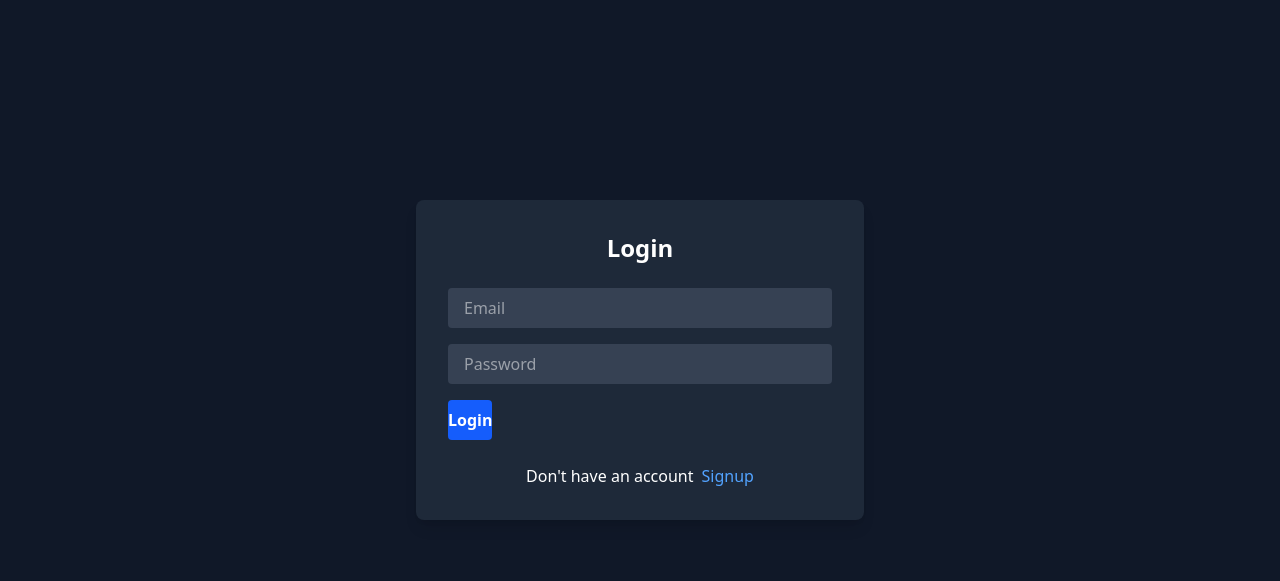
Repository: Reno-mathews/Study-Planner-MERN
Page: / (app in client/)
An editor plug-in stored every save of this project. The page is shown before and after the next save, followed by the edit.
The browser window is 1280 px wide. The pictures show the whole page.
The project was rebuilt for these pictures with package versions that can differ from the ones it lists, and the page was loaded fresh each time. Also part of the build but not shown: client/vite.config.js, client/src/components/TaskCard.jsx, client/src/components/TaskList.jsx, client/src/components/SearchBar.jsx, client/src/components/ProgressBar.jsx, client/src/components/AddTaskForm.jsx, client/src/components/SortDropdown.jsx.

Above is the page before, as saved 2026-01-18 15:56:46.

### client/src/App.jsx
import { useEffect, useState } from "react";
import TaskList from "./components/TaskList";
import SearchBar from "./components/SearchBar";
import ProgressBar from "./components/ProgressBar";
import AddTaskForm from "./components/AddTaskForm";
import SortDropdown from "./components/SortDropdown";
import AuthForm from "./components/AuthForm";

function App() {
  const [tasks, setTasks] = useState([]);
  const [newTask, setNewTask] = useState("");
  const [subject, setSubject] = useState("");
  const [filterSubject, setFilterSubject] = useState("All");

  const getToken = () => localStorage.getItem("token");
  const setToken = (token) => localStorage.setItem("token", token);
  const removeToken = () => localStorage.removeItem("token");

  const [email, setEmail] = useState("");
  const [password, setPassword] = useState("");
  const [isLoggedIn, setIsLoggedIn] = useState(!!localStorage.getItem("token"));

  const[isSignup, setIsSignup] = useState(false);

  const [searchQuery, setSearchQuery] = useState("");

  const [sortType, setSortType] = useState("az");

  const [loading, setLoading] = useState(false);

  useEffect(() => {
    if(isLoggedIn) {
    fetchTasks();
    }
  }, [isLoggedIn]);

  const fetchTasks = async () => {
    const token = localStorage.getItem("token");

    if (!token) return;

    try {
    setLoading(true);

    const res = await fetch("http://localhost:5000/api/tasks", {
      headers: {
        Authorization: `Bearer ${token}`,
      },
    });

    if(!res.ok) {
      if (res.status === 401) {
        setIsLoggedIn(false);
        localStorage.removeItem("token");
        return;
      }
      throw new Error("Failed to fetch tasks");
    }
    const data = await res.json();
    setTasks(Array.isArray(data) ? data: []);
  } catch(err) {
    console.error(err);
  } finally {
    setLoading(false);
  }
  };
  const addTask = async (e) => {
    e.preventDefault();

    if(!newTask || !subject) return;

    const token = localStorage.getItem("token");

    const res = await fetch("http://localhost:5000/api/tasks", {
      method: "POST",
      headers: {
        "Content-Type": "application/json",
        Authorization: `Bearer ${token}`,
      },
      body: JSON.stringify({ title: newTask, subject}),
    });

    const data = await res.json();
    setTasks([...tasks, data]);
    setNewTask("");
    setSubject("");
  };

    const toggleComplete = async (id) => {
      const token = localStorage.getItem("token");

      const res = await fetch(`http://localhost:5000/api/tasks/${id}`, {
        method:"PATCH",
        headers: {
          Authorization: `Bearer ${token}`,
        },
      });

      const updatedTask = await res.json();

      setTasks(
        tasks.map((task) =>
        task._id === id ? updatedTask : task
      )
      );
    };

    const deleteTask = async (id) => {
      const token = localStorage.getItem("token");
      await fetch(`http://localhost:5000/api/tasks/${id}`, {
        method: "DELETE",
        headers: {
          Authorization: `Bearer ${token}`,
        },
      });

      setTasks(tasks.filter((task) => task._id !== id));
    };

    const subjects = ["All", ...new Set(tasks.map((task) => task.subject))];

    const filteredTasks = tasks.filter((task) => {
      const matchesSubject =
        filterSubject === "All" || task.subject === filterSubject;

        const matchesSearch = task.title
          .toLowerCase()
          .includes(searchQuery.toLowerCase());

          return matchesSubject && matchesSearch;
});

    const sortedTasks = [...filteredTasks].sort((a, b) => {
      if(sortType === "az") {
        return a.title.localeCompare(b.title);
      } else {
        return b.title.localeCompare(a.title);
      }
    });

      const login = async (e) => {
      e.preventDefault();
      const res = await fetch("http://localhost:5000/api/auth/login", {
        method: "POST",
        headers: {
          "Content-Type": "application/json",
        },
        body: JSON.stringify({ email, password }),
      });

      const data = await res.json();

      if(data.token) {
        localStorage.setItem("token", data.token);
        setIsLoggedIn(true);
        fetchTasks();
      } else {
        alert("Login failed");
      }
    };

    const signup = async (e) => {
      e.preventDefault();

      const res = await fetch("http://localhost:5000/api/auth/register", {
        method: "POST",
        headers: {
          "Content-Type" : "application/json",
        },
        body: JSON.stringify({ email, password }),
      });

      const data = await res.json();

      if (res.ok) {
        alert("Signup successful! You can now log in.");
        setIsSignup(false);
      } else {
        alert(data.message || "Signup failed");
      }
    };

  const completedCount = filteredTasks.filter((task) => task.completed).length;
  const totalCount = filteredTasks.length;

  const progress = totalCount === 0 ? 0 : Math.round((completedCount / totalCount) * 100);

    if(!isLoggedIn) {
      return (
        <AuthForm
          isSignup={isSignup}
          setIsSignUp={setIsSignup}
          email={email}
          setEmail={setEmail}
          password={password}
          setPassword={setPassword}
          onLogin={login}
          onSignup={signup}
        />
      );
    }

  return (
    <div className="min-h-screen bg-gray-900 text-white flex flex-col items-center justify-start py-10">
      <div className="w-full max-w-md px-4 space-y-6 flex flex-col items-center">
      <h1 className="text-3xl font-bold"
      >My Study Planner</h1>

      <select
        className= "bg-gray-800 text-white px-4 py-2 rounded mb-6 focus:outline-none focus:ring-2 focus:ring-blue-500"
        value={filterSubject}
        onChange={(e) => setFilterSubject(e.target.value)}
      >
        {subjects.map((subj, index) => (
          <option key={index} value={subj}>
            {subj}
          </option>
        ))}
      </select>

      <ProgressBar progress={progress} />

      <SearchBar
        searchQuery={searchQuery}
        setSearchQuery={setSearchQuery}
      />

      {/* Sort */}

        <SortDropdown
          sortType={sortType}
          setSortType={setSortType}
        />

       <AddTaskForm
          newTask={newTask}
          setNewTask={setNewTask}
          subject={subject}
          setSubject={setSubject}
          onSubmit={addTask}
        />

      <button
        className="mb-6 bg-red-600 hover:bg-red-700 px-4 py-2 rounded font-semibold transition"
        onClick={() => {
        localStorage.removeItem("token");
        setIsLoggedIn(false);
      }}
      >

        Logout
      </button>
      <TaskList
        tasks={sortedTasks}
        onToggle={toggleComplete}
        onDelete={deleteTask}>
      </TaskList>

</div>
</div>
  );
}


export default App;

### client/src/components/AuthForm.jsx
function AuthForm ({
    isSignup,
    setIsSignUp,
    email,
    setEmail,
    password,
    setPassword,
    onLogin,
    onSignup,
}) {
    return (
        <div className="min-h-screen flex items-center justify-center bg-gray-900 text-white">
            <div className="bg-gray-800 p-8 rounded-lg shadow-lg w-full space-y-6 max-w-md">
                <h2 className="text-2xl font-bold text-center">
                    {isSignup ? "Signup" : "Login"}
                </h2>
                    <form
                        onSubmit={isSignup ? onSignup : onLogin}
                        className="space-y-4"
                    >
                        <input
                            className="w-full px-4 py-2 rounded bg-gray-700 focus:outline-none focus:ring-2 focus:ring-blue-500"
                            type="email"
                            placeholder="Email"
                            value={email}
                            onChange={(e) => setEmail(e.target.value)}
                        />

                        <input
                            className="w-full px-4 py-2 rounded bg-gray-700 focus:outline-none focus:ring-2 focus:ring-blue-500"
                            type="password"
                            placeholder="Password"
                            value={password}
                            onChange={(e) => setPassword(e.target.value)}
                        />

                        <button
                            className="W-full bg-blue-600 hover:bg-blue-700 py-2 rounded font-semibold"
                            type="submit"
                            >
                                {isSignup ? "Signup" : "Login"}
                            </button>
                        </form>
                    <p className="text-center">
                        {isSignup ? "Already have an account?" : "Don't have an account"}
                        <button
                            className="ml-2 text-blue-400 hover:underline"
                            onClick={() => setIsSignUp(!isSignup)}
                        >
                            {isSignup ? "Login" : "Signup"}
                        </button>
                    </p>
            </div>
        </div>
    );
}

export default AuthForm;

Loaded but not shown: client/index.html (common file); client/src/main.jsx (common file); client/src/index.css (common file)

After the next save:
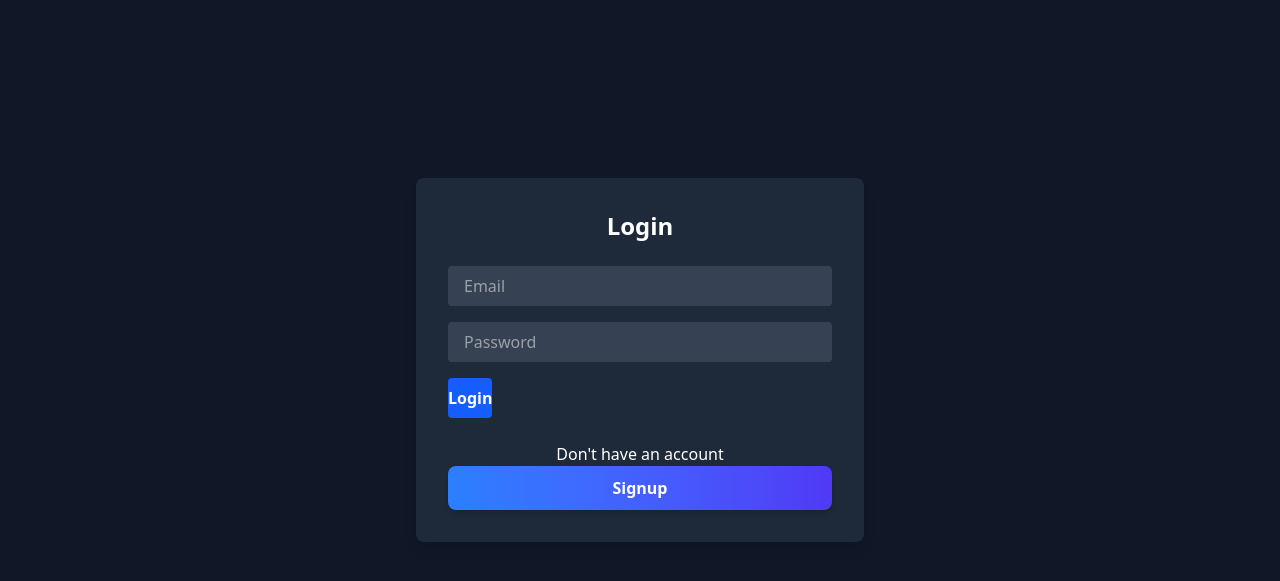
Saved 2 min 12 s later.
--- a/client/src/components/AuthForm.jsx
+++ b/client/src/components/AuthForm.jsx
@@ -44,7 +44,7 @@ function AuthForm ({
                     <p className="text-center">
                         {isSignup ? "Already have an account?" : "Don't have an account"}
                         <button
-                            className="ml-2 text-blue-400 hover:underline"
+                            className="w-full bg-gradient-to-r from-blue-500 to-indigo-600 hover:from-blue-600 hover:to-indigo-700 py-2.5 rounded-lg font-semibold shadow-md hover:shadow-lg transition-all duration-200"
                             onClick={() => setIsSignUp(!isSignup)}
                         >
                             {isSignup ? "Login" : "Signup"}
